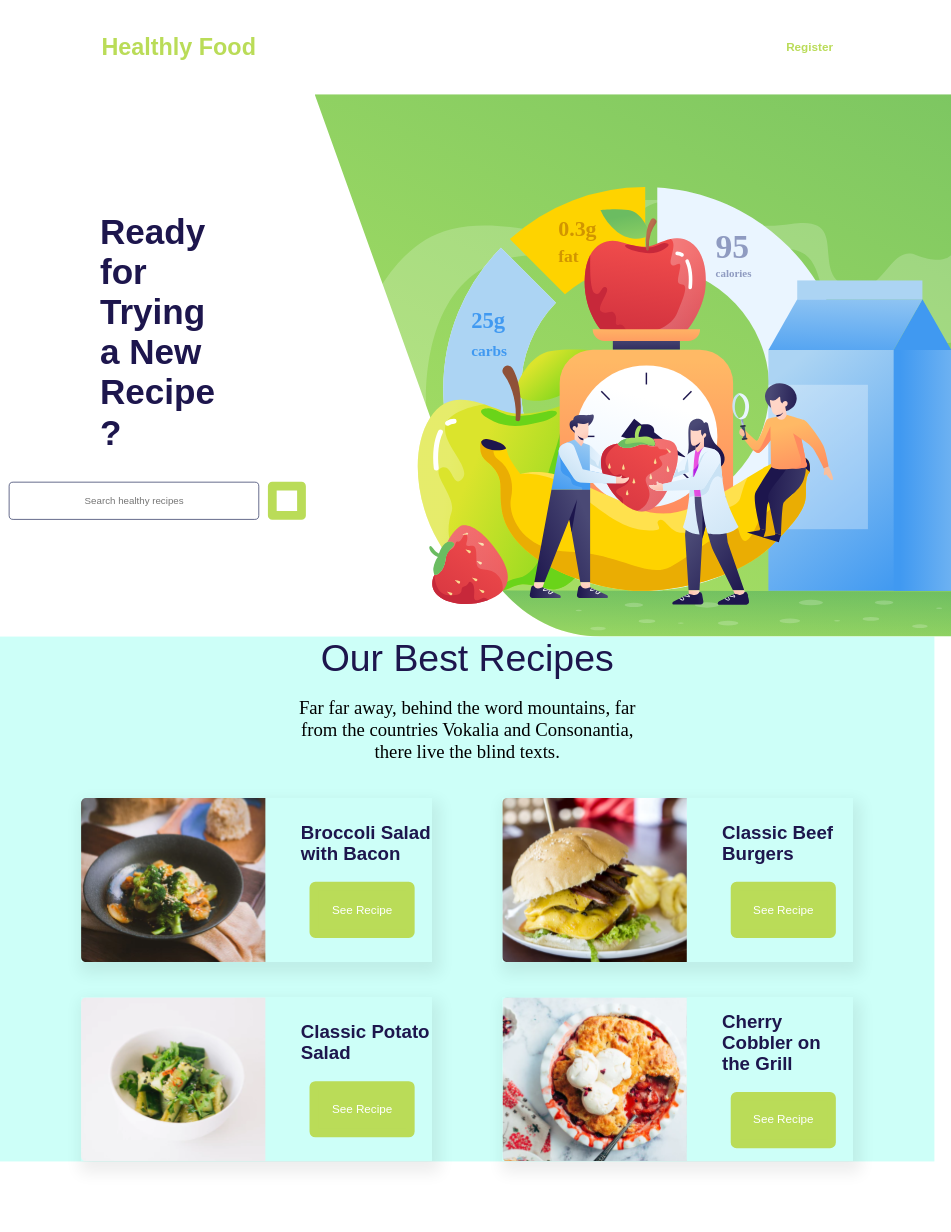
Repository: LuccaCasalecchi/HealthyFood
Page: /
The author's editor kept a copy of each file at every save. The page is drawn from the files as they stood at one save, then again after the next save.
The browser window is 1280 px wide. The page is 1303 px wide, so the pictures cover 1303 px, including what lies to the right of the window. The pictures show the whole page, at 73% of full size.
The project was rebuilt for these pictures with package versions that can differ from the ones it lists, and the page was loaded fresh each time.

Above is the page before, as saved 2021-08-18 17:34:58.

After the next save:
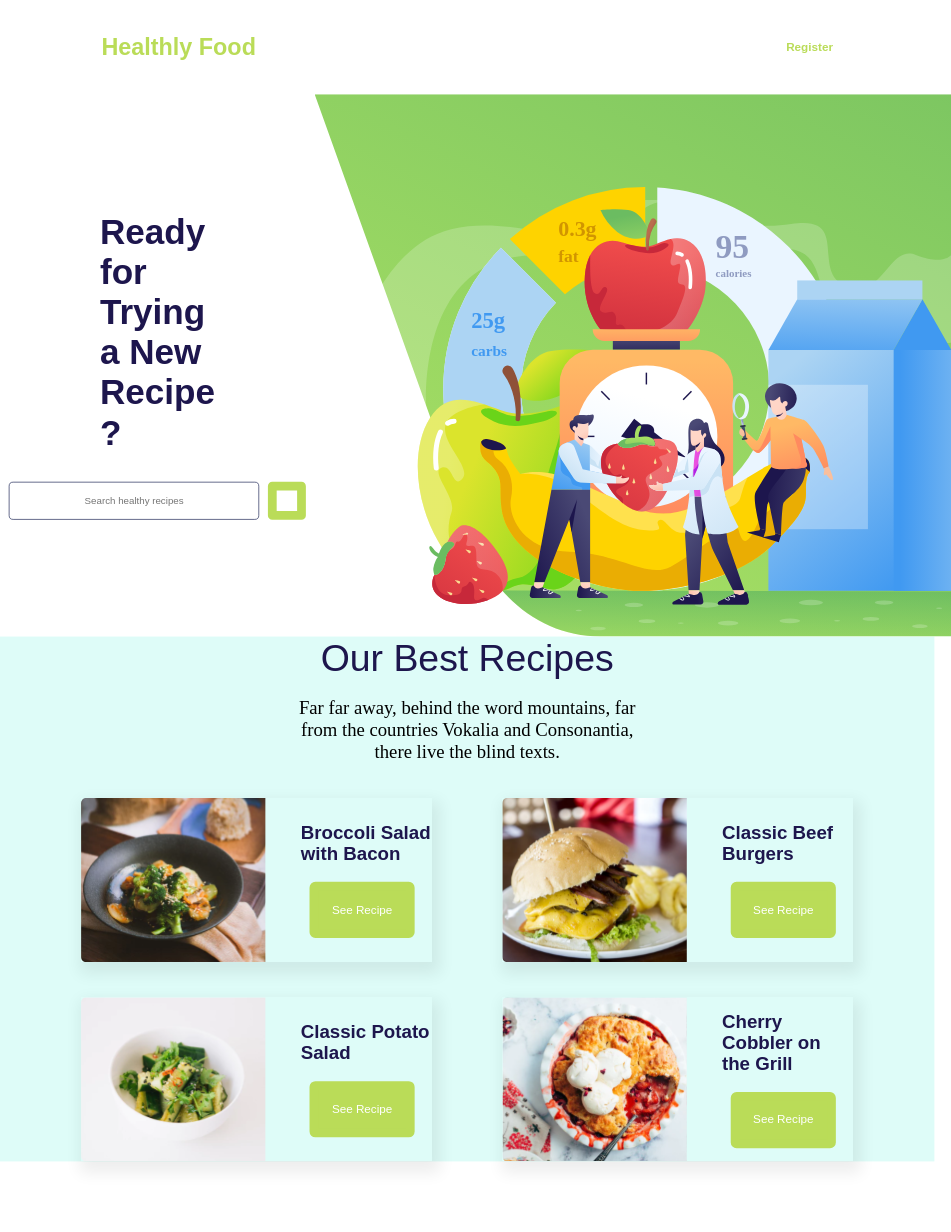
Saved 12 s later.
--- a/src/components/Recipes/Recipes.css
+++ b/src/components/Recipes/Recipes.css
@@ -1,5 +1,5 @@
 .recipes{
-  background-color: rgb(205, 255, 248);
+  background-color: rgb(222, 252, 248);
   width: 100%;
   display: flex;
   flex-direction: column;
